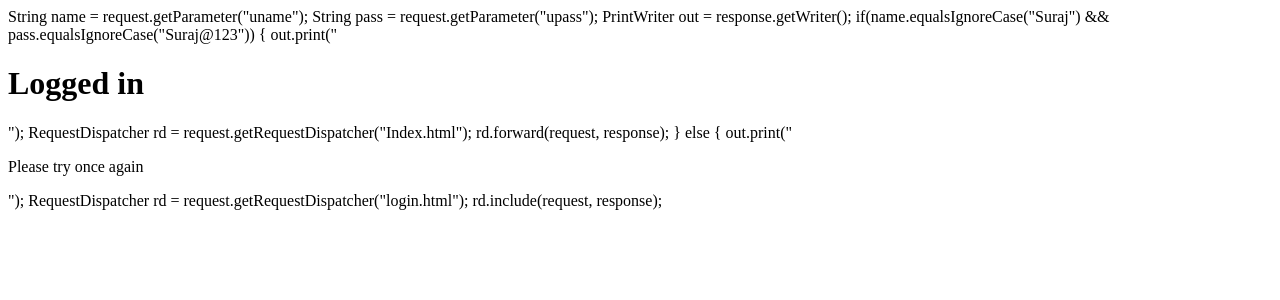
Repository: Surajkande2001/IGTSolution
Page: http://localhost/WebJSPProject/LOGIN.jsp
These files come from the project's save history. The page is drawn as it stood at one moment and after the next save; the edit follows.
The browser window is 1280 px wide. The pictures show the whole page.
The page is served by Tomcat 9.

Above is the page before, as saved 2023-06-30 11:43:54.

### WebJSPProject/src/main/webapp/LOGIN.jsp
<%@ page language="java" contentType="text/html; charset=ISO-8859-1"
    pageEncoding="ISO-8859-1"%>
<!DOCTYPE html>
<html>
<head>
<meta charset="ISO-8859-1">
<title>Insert title here</title>
</head>
<body>
       String name = request.getParameter("uname");
		String pass = request.getParameter("upass");

		PrintWriter out = response.getWriter();

		if(name.equalsIgnoreCase("Suraj") && pass.equalsIgnoreCase("Suraj@123"))  {

			out.print("<h1>Logged in</h1>");
			RequestDispatcher rd = request.getRequestDispatcher("Index.html");
			rd.forward(request, response);
		} else {

			out.print("<p>Please try once again</p>");
			RequestDispatcher rd = request.getRequestDispatcher("login.html");
			rd.include(request, response);






</body>
</html>

After the next save:
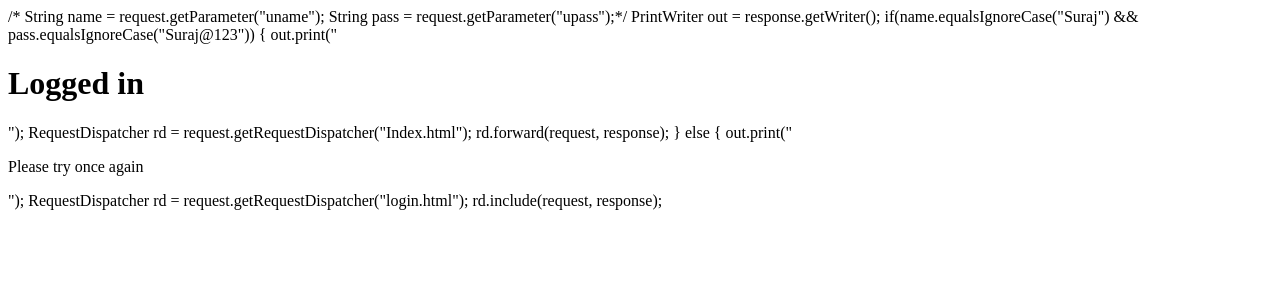
Saved 6 min 38 s later.
--- a/WebJSPProject/src/main/webapp/LOGIN.jsp
+++ b/WebJSPProject/src/main/webapp/LOGIN.jsp
@@ -1,5 +1,4 @@
-<%@ page language="java" contentType="text/html; charset=ISO-8859-1"
-    pageEncoding="ISO-8859-1"%>
+<%@ page language="java" contentType="text/html; charset=ISO-8859-1" pageEncoding="ISO-8859-1" import="java.sql.*" %>
 <!DOCTYPE html>
 <html>
 <head>
@@ -7,8 +6,8 @@
 <title>Insert title here</title>
 </head>
 <body>
-       String name = request.getParameter("uname");
-		String pass = request.getParameter("upass");
+       /* String name = request.getParameter("uname");
+		String pass = request.getParameter("upass");*/
 
 		PrintWriter out = response.getWriter();
 
